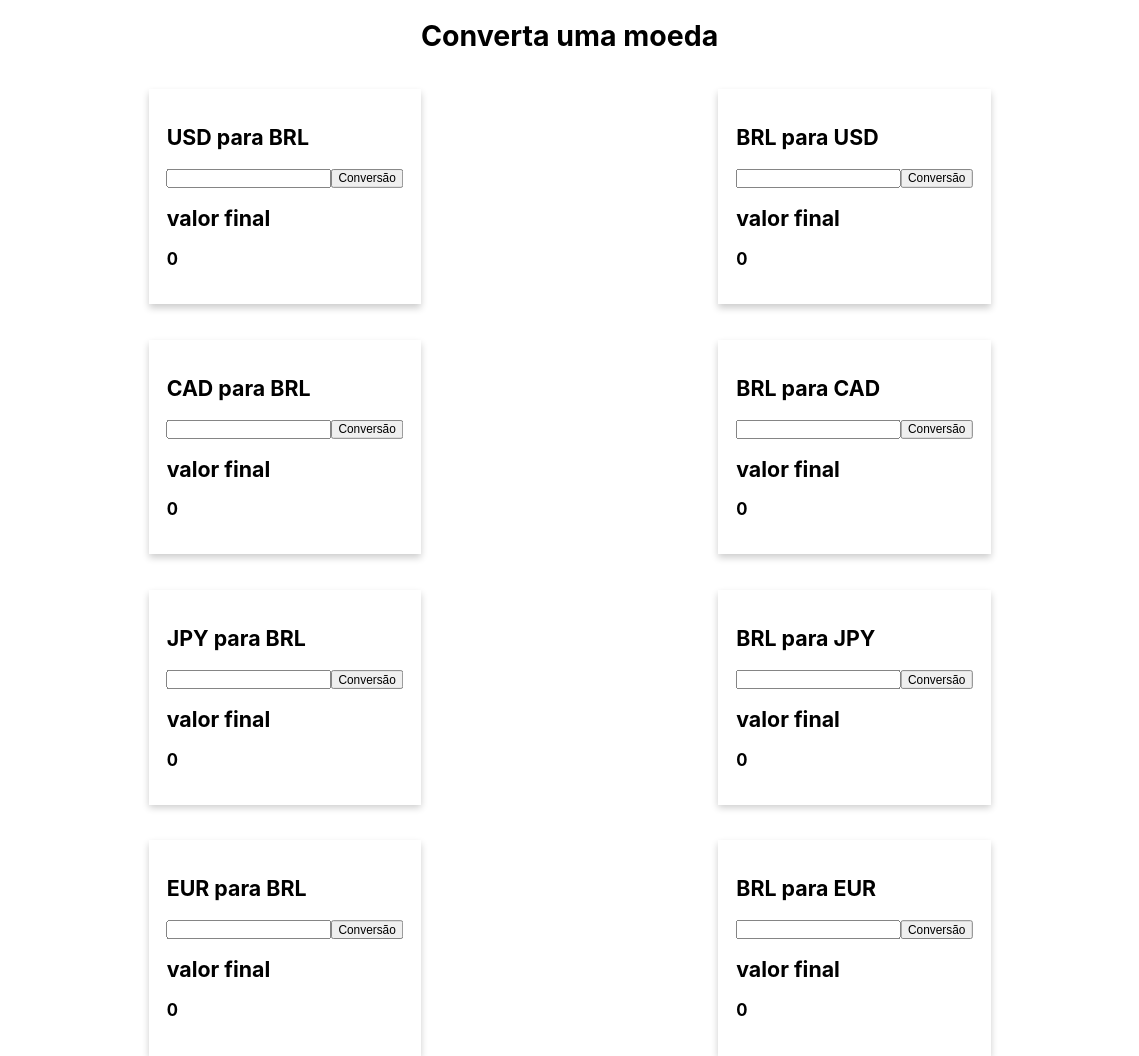
Repository: DeanLemosXD/Currency-converter
Page: /
These files come from the project's save history. The page is drawn as it stood at one moment and after the next save; the edit follows.
The browser window is 1280 px wide. The pictures show the whole page, at 89% of full size.
The project was rebuilt for these pictures with package versions that can differ from the ones it lists, and the page was loaded fresh each time.

Above is the page before, as saved 2021-10-19 18:21:17.

### src/App.js
import './App.css';
import Conversor from './components/Conversor';

function App() {
  return (
    <div className="App">
      <h1>Converta uma moeda</h1>
      <div className="linha">
      <Conversor moedaA="USD" moedaB="BRL"></Conversor>
      <Conversor moedaA="BRL" moedaB="USD"></Conversor>
      </div>
      <div className="linha">
      <Conversor moedaA="CAD" moedaB="BRL"></Conversor>
      <Conversor moedaA="BRL" moedaB="CAD"></Conversor>
      </div>
      <div className="linha">
      <Conversor moedaA="JPY" moedaB="BRL"></Conversor>
      <Conversor moedaA="BRL" moedaB="JPY"></Conversor>
      </div>
      <div className="linha">
      <Conversor moedaA="EUR" moedaB="BRL"></Conversor>
      <Conversor moedaA="BRL" moedaB="EUR"></Conversor>
      </div>
    </div>
  );
}

export default App;

### src/App.css
.linha{
    display:flex;
    margin-top:  40px;
    justify-content: space-around;

}

h1{

    text-align: center;
}

.app{
    margin: auto;
    max-width: 900px;
}

### src/components/Conversor.js
import React, { Component } from 'react'
import './conversor.css'
export default class Conversor extends Component {

    // eslint-disable-next-line no-useless-constructor
    constructor(props){
        super(props);

        this.state = {
            moedaA_Valor:"",
            moedaB_Valor:0,

        }

        this.converter = this.converter.bind(this)
    }

    converter(){

        let de_para = `${this.props.moedaA}_${this.props.moedaB}`;
        let url = `http://free.currconv.com/api/v7/convert?q=${de_para}&compact=ultra&apiKey=0d7e32903cad9cf7460c`
        //console.log(url)
        fetch(url).then(res=>{
            return res.json()
        })
        .then(json=>{

            let cotacao = json[de_para];
            let moedaB_Valor = (parseFloat(this.state.moedaA_Valor) * cotacao).toFixed(2)
            this.setState({moedaB_Valor})
        })
    }
    render(){
        return (
            <div className="conversor">
                <h2>{this.props.moedaA} para {this.props.moedaB}</h2>
                <input type="text" onChange={(event)=>{this.setState({moedaA_Valor:event.target.value})}}></input>
                <input type="button" value="Conversão" onClick={this.converter}></input>
                <h2>valor final</h2>
                <h3>{this.state.moedaB_Valor}</h3>
            </div>
        )
    }
}

### src/components/conversor.css
.conversor{
        padding: 20px;
        max-width: 300px;
        box-shadow: 0 4px 8px 0 rgba(0, 0, 0, 0.2);
}

Loaded but not shown: public/index.html (common file); src/index.js (common file); src/index.css (common file); src/reportWebVitals.js (common file)

After the next save:
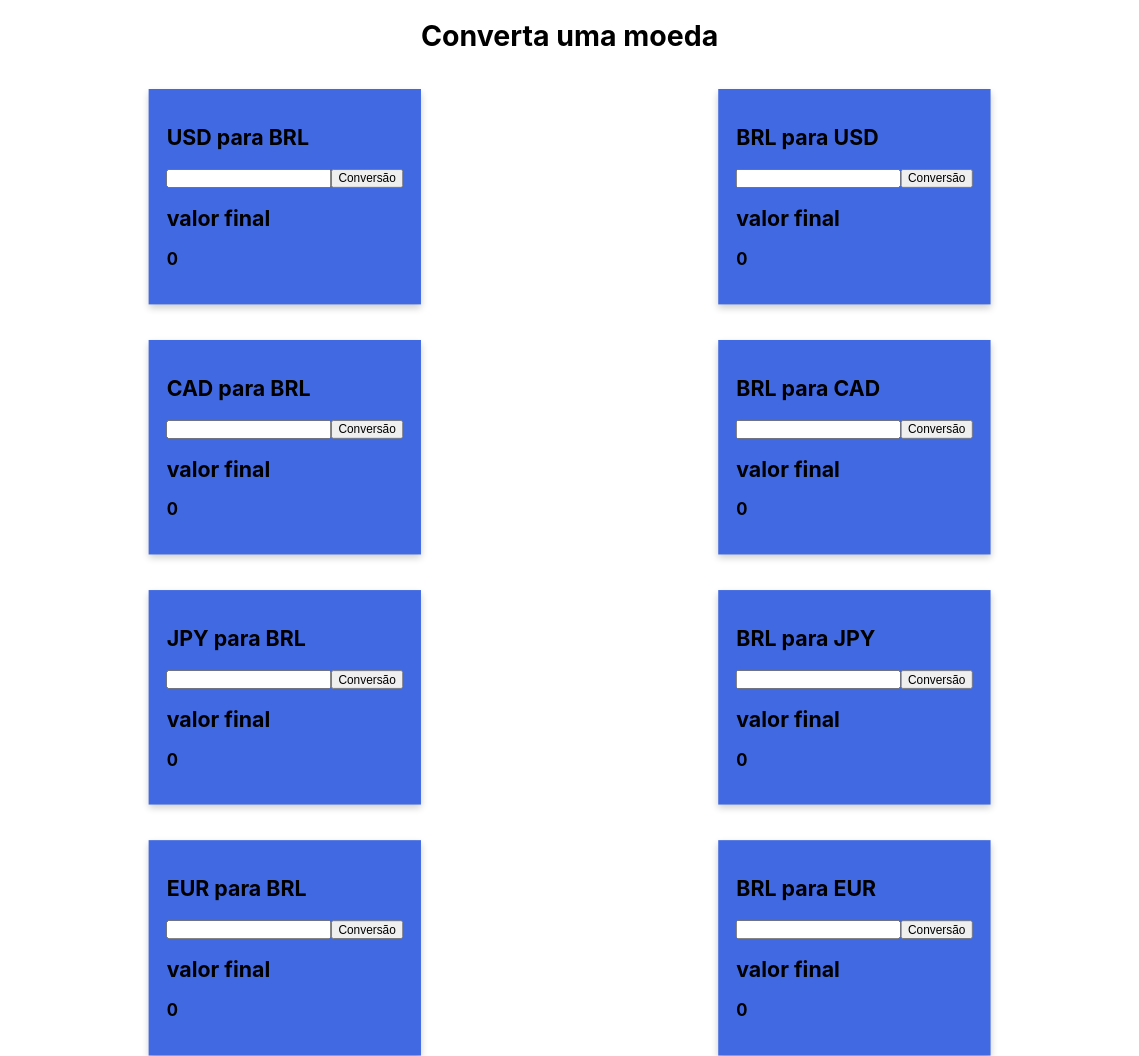
Saved 36 s later.
--- a/src/components/conversor.css
+++ b/src/components/conversor.css
@@ -2,4 +2,5 @@
         padding: 20px;
         max-width: 300px;
         box-shadow: 0 4px 8px 0 rgba(0, 0, 0, 0.2);
+        background-color: royalblue;
 }
